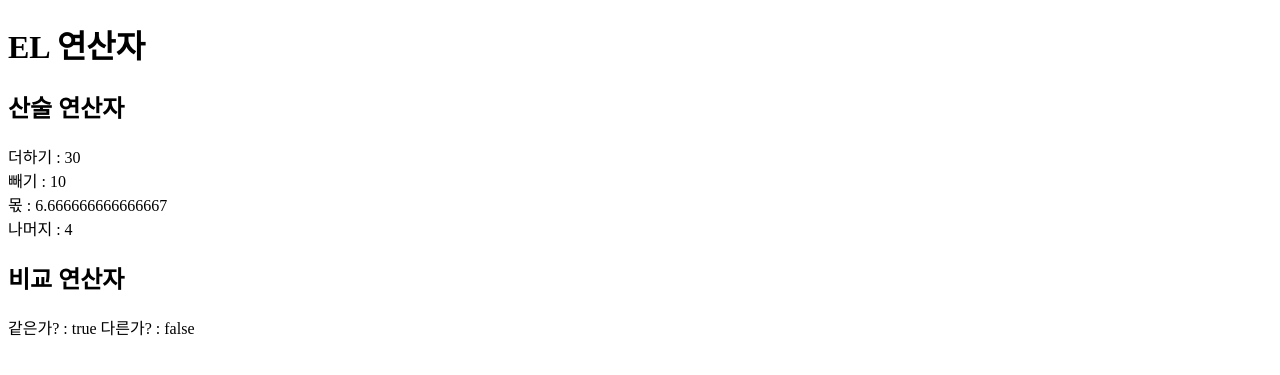
Repository: dnwpdud/WEB_CODES
Page: http://localhost/Web07_EL_JSTL/01_Expression_Language/02_operator.jsp
An editor plug-in stored every save of this project. The page is shown before and after the next save, followed by the edit.
The browser window is 1280 px wide. The pictures show the whole page.
The page is served by Tomcat 9.

Above is the page before, as saved 2024-04-05 07:16:20.

After the next save:
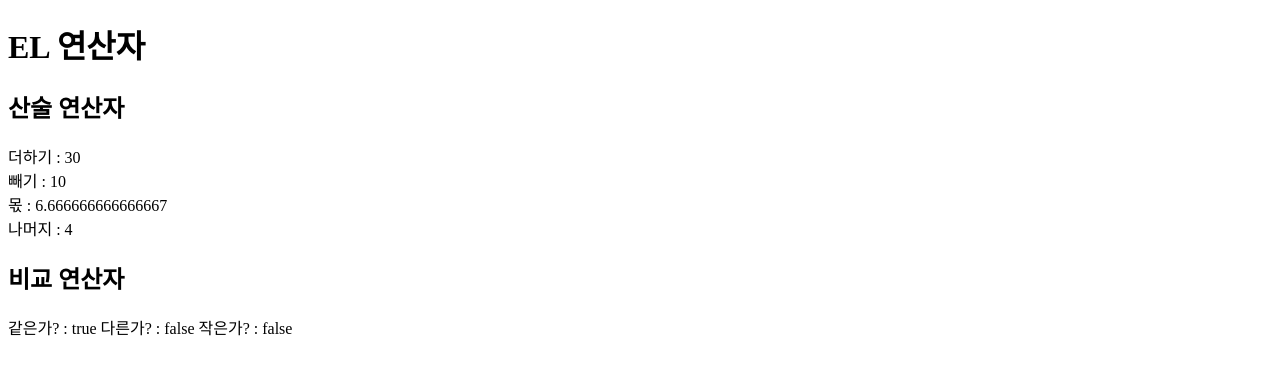
Saved 26 s later.
--- a/Web07_EL_JSTL/src/main/webapp/01_Expression_Language/02_operator.jsp
+++ b/Web07_EL_JSTL/src/main/webapp/01_Expression_Language/02_operator.jsp
@@ -40,5 +40,7 @@
 	<h2>비교 연산자</h2>
 	같은가? : ${'10' eq '10' }
 	다른가? : ${'10' ne '10' }
+	작은가? : ${'10' lt '10' }
+
 </body>
 </html>
